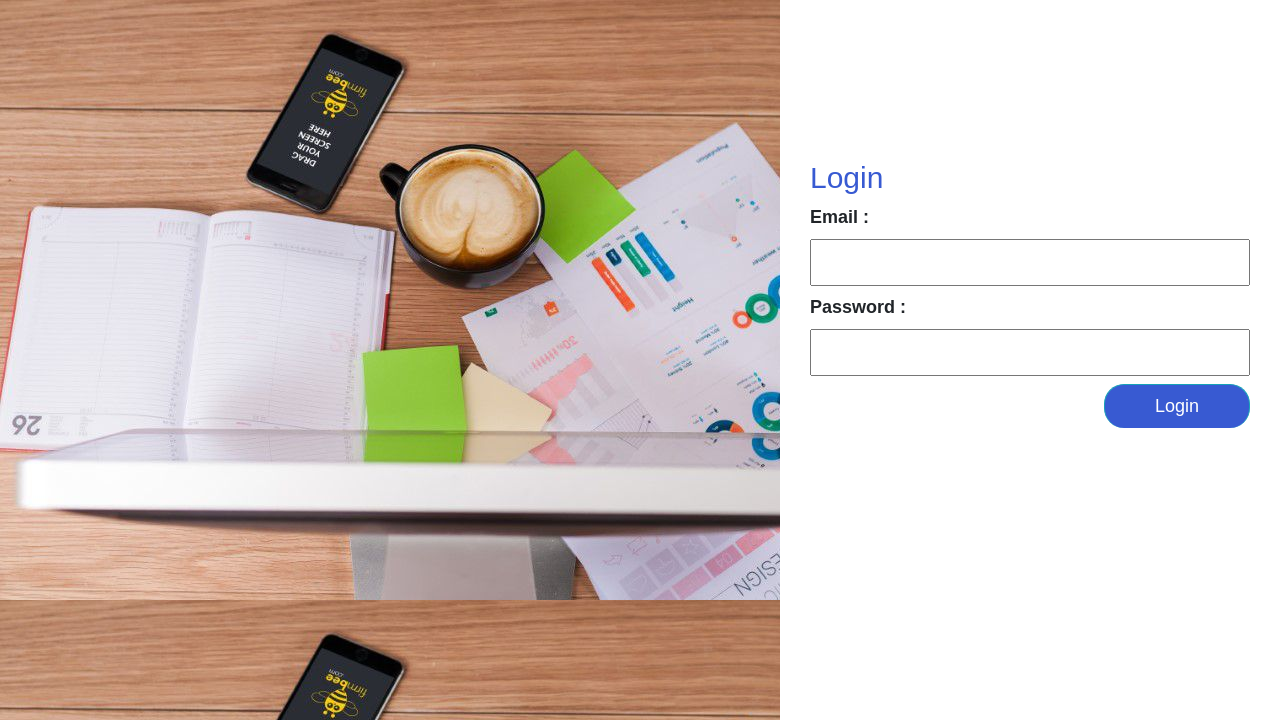
Repository: bayulalu/sekolah-orgaisasi
Page: http://localhost/login-user
These files come from the project's save history. The page is drawn as it stood at one moment and after the next save; the edit follows.
The browser window is 1280 px wide. The pictures show the whole page.
The page is served by the project's Laravel application, run on PHP 8.4 with Laravel 8.

Above is the page before, as saved 2020-07-19 14:22:28.

After the next save:
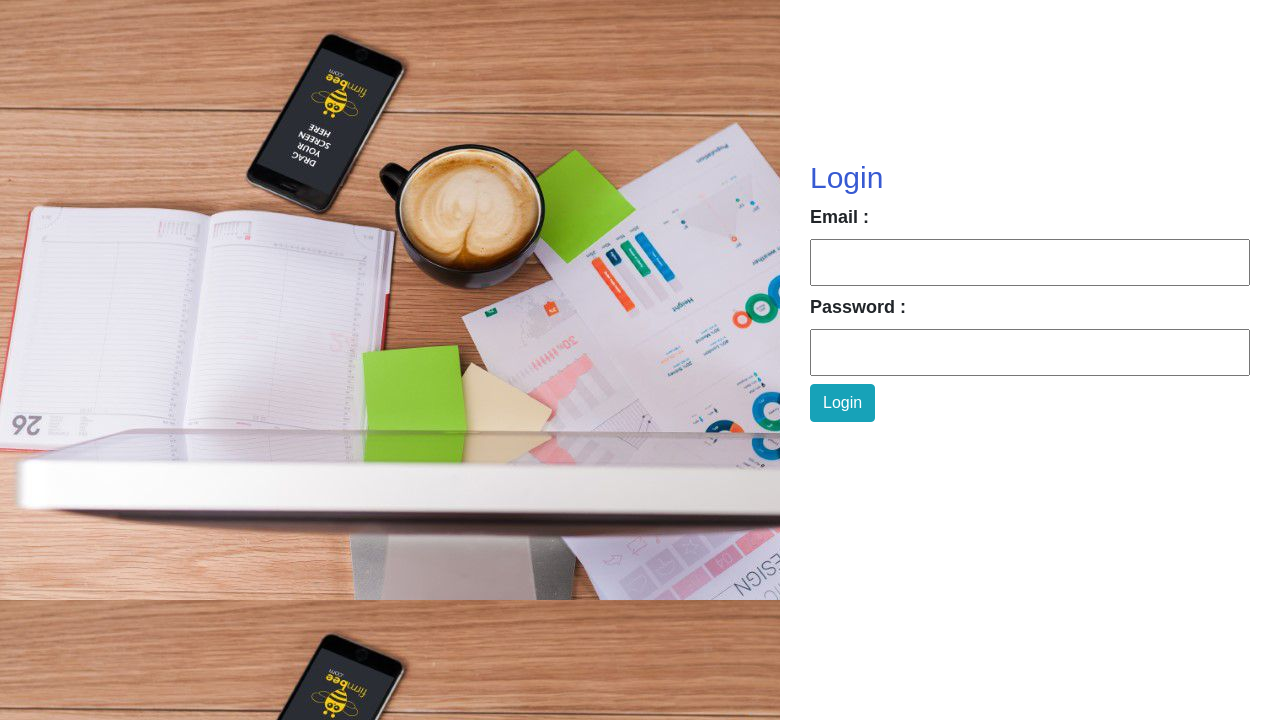
Saved 4 s later.
--- a/public/css/login.css
+++ b/public/css/login.css
@@ -46,7 +46,7 @@ html {
 .check {
     margin: 8px 0;
 }
-.btn {
+/* .btn {
     display: block;
     float: right;
     background: #385ad2;
@@ -55,4 +55,4 @@ html {
     color: white;
     border-radius: 20px ;
     border-bottom:none;
-}
+} */
